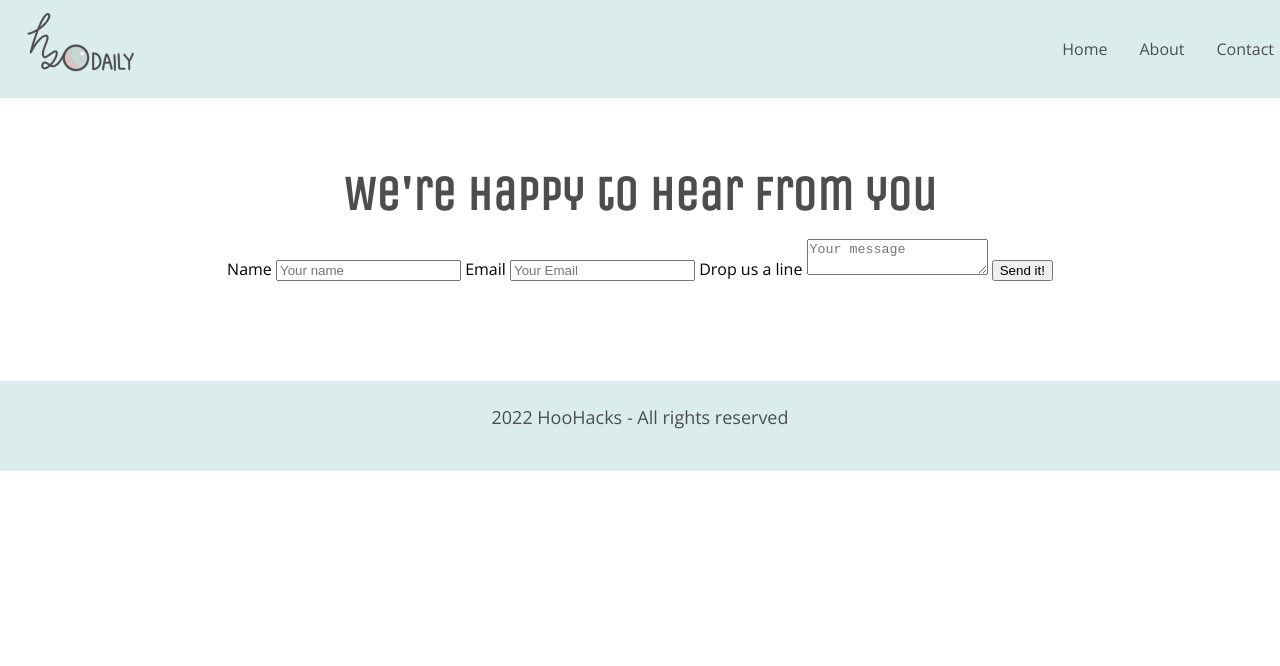
Repository: jennyjjung/H2ODaily
Page: contact.html
An editor plug-in stored every save of this project. The page is shown before and after the next save, followed by the edit.
The browser window is 1280 px wide. The pictures show the whole page.

Above is the page before, as saved 2022-03-26 20:31:06.

### contact.html
<!DOCTYPE html>
<html lang="en">
<head>
  <meta charset="UTF-8">
  <meta http-equiv="X-UA-Compatible" content="IE=edge">
  <meta name="viewport" content="width=device-width, initial-scale=1.0">
  <title>H2O Daily</title>
  <link href='https://fonts.googleapis.com/css?family=Unica One' rel='stylesheet'>
  <link href="https://fonts.googleapis.com/css2?family=Open+Sans:wght@400;600;700&display=swap" rel="stylesheet">
  <link rel="stylesheet" href="style.css" />
  <script src="main.js" defer></script>
</head>
<body>

  <nav id="navbar">
    <div class="navbar__logo">
      <a href="index.html"><img src="images/logo.png" id="navbar__logo"></a>
    </div>
    <div class="navbar__menu">
      <li class="navbar__menu__item"><a href="index.html">Home</a></li>
      <li class="navbar__menu__item"><a href="about.html">About</a></li>
      <li class="navbar__menu__item"><a href="contact.html">Contact</a></li>
    </div>
  </nav>

  <section id="contact">
    <h1>We're happy to hear from you</h1>
    <div class="contact__content">
      <form method="post" action="#" class="contact-form">
        <label for="name">Name</label>
        <input type="text" name="name" id="name" placeholder="Your name" required>

        <label for="email">Email</label>
        <input type="email" name="email" id="email" placeholder="Your Email" required>

        <label>Drop us a line</label>
        <textarea name="message" placeholder="Your message"></textarea>

        <input type="submit" value="Send it!">

      </form>
    </div>
  </section>

  <section id="bottom">
    <div class= "bottom__container">
      <p class="bottom__rights">2022 HooHacks - All rights reserved</p>
    </div>
  </section>

</body>
</html>

### style.css
/* Global */
:root {
  /* Color */
  --color-white: #ffffff;
  --color-dark-grey: #4d4d4d;
  --color-blue: #daedec;
  --color-dark-blue: #b9d8d6;
  --color-yellow: rgb(241, 247, 208);

  /* Font weight */
  --weight-bold: 700;
  --weight-semi-bold: 600;
  --weight-regular: 400;

  /* Font Size */
  --font-large: 48px;
  --font-medium: 28px;
  --font-regular: 18px;
  --font-small: 16px;
  --font-micro: 14px;

  /* Size */
  --size-border-radius: 4px;
}

body {
  margin: 0;
  font-family: "Open Sans";
  cursor: default;
  text-align: center;
}

h1 {
  font-size: var(--font-large);
  font-weight: var(--weight-bold);
  color: var(--color-dark-grey);
  font-family: "Unica One";
  margin: 16px 0px;
}

p {
  font-size: var(--font-regular);
  font-weight: var(--weight-regular);
  color: var(--color-dark-grey);
  margin: 4px 0;
}

li {
  list-style: none;
}

a {
  text-decoration: none;
  color: var(--color-dark-grey);
}

/* Navbar */
#navbar {
  position: fixed;
  display: flex;
  justify-content: space-between;
  width: 100%;
  background-color: var(--color-blue);
  padding: 10px;
  align-items: center;
}

.navbar__menu {
  display: flex;
  margin-left: 25px;
}

.navbar__logo {
  font-size: var(--font-medium);
  font-weight: var(--weight-semi-bold);
  justify-content: center;
}

#nevbar__logo {
  width: 80px;
  padding-left: 20px;
  padding-top: 10px;
}

.navbar__menu__item {
  padding: 8px 12px;
  margin: 0 4px;
  cursor: pointer;
  border-radius: var(--size-border-radius);
}

.navbar__menu__item:hover {
  background-color: var(--color-dark-blue);
}

/* Home */
#home,
#contact,
#about {
  padding: 150px 40px 100px 40px;
}

.home__title {
  color: var(--color-dark-grey);
}

.home__content {
  width: 80%;
}

.home__container {
  display: flex;
  flex-direction: column;
  align-items: center;
  justify-content: center;
}

.home__logo {
  width: 300px;
  height: 300px;
  margin: 20px;
  margin-bottom: 0;
}

.btn__home {
  color: var(--color-dark-grey);
  background-color: var(--color-blue);
  font-size: var(--font-regular);
  font-weight: var(--weight-bold);
  font-family: "Unica One";
  margin: 24px;
  padding: 8px 16px;
  border-radius: var(--size-border-radius);
}

.btn__home:hover {
  background-color: var(--color-dark-blue);
}

#bottom {
  background-color: var(--color-blue);
  padding: 20px;
  text-align: center;
  height: 50px;
}

.about__content,
.contact__content {
  width: 70%;
  text-align: center;
  margin: auto;
}

Loaded but not shown: main.js (no copy from this time; the picture is the same without it)

After the next save:
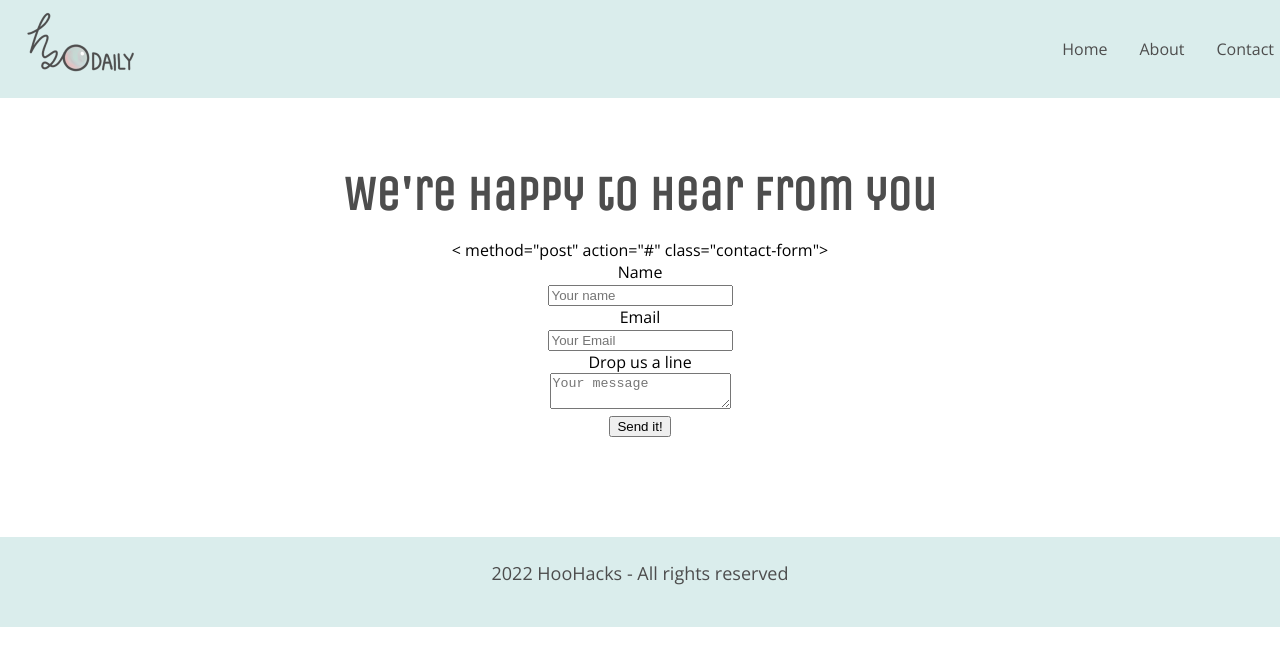
Saved 3 min 42 s later.
--- a/contact.html
+++ b/contact.html
@@ -26,15 +26,27 @@
   <section id="contact">
     <h1>We're happy to hear from you</h1>
     <div class="contact__content">
-      <form method="post" action="#" class="contact-form">
-        <label for="name">Name</label>
-        <input type="text" name="name" id="name" placeholder="Your name" required>
+      < method="post" action="#" class="contact-form">
+        <div class="table__label">
+          <label for="name">Name</label>
+        </div>
+        <div class="table__input">
+          <input type="text" name="name" id="name" placeholder="Your name" required>
+        </div>
 
-        <label for="email">Email</label>
-        <input type="email" name="email" id="email" placeholder="Your Email" required>
+        <div class="table__label">
+          <label for="email">Email</label>
+        </div>
+        <div class="table__input">
+          <input type="email" name="email" id="email" placeholder="Your Email" required>
+        </div>
 
-        <label>Drop us a line</label>
-        <textarea name="message" placeholder="Your message"></textarea>
+        <div class="table__label">
+          <label>Drop us a line</label>
+        </div>
+        <div class="table__input">
+          <textarea name="message" placeholder="Your message"></textarea>
+        </div>
 
         <input type="submit" value="Send it!">
 
